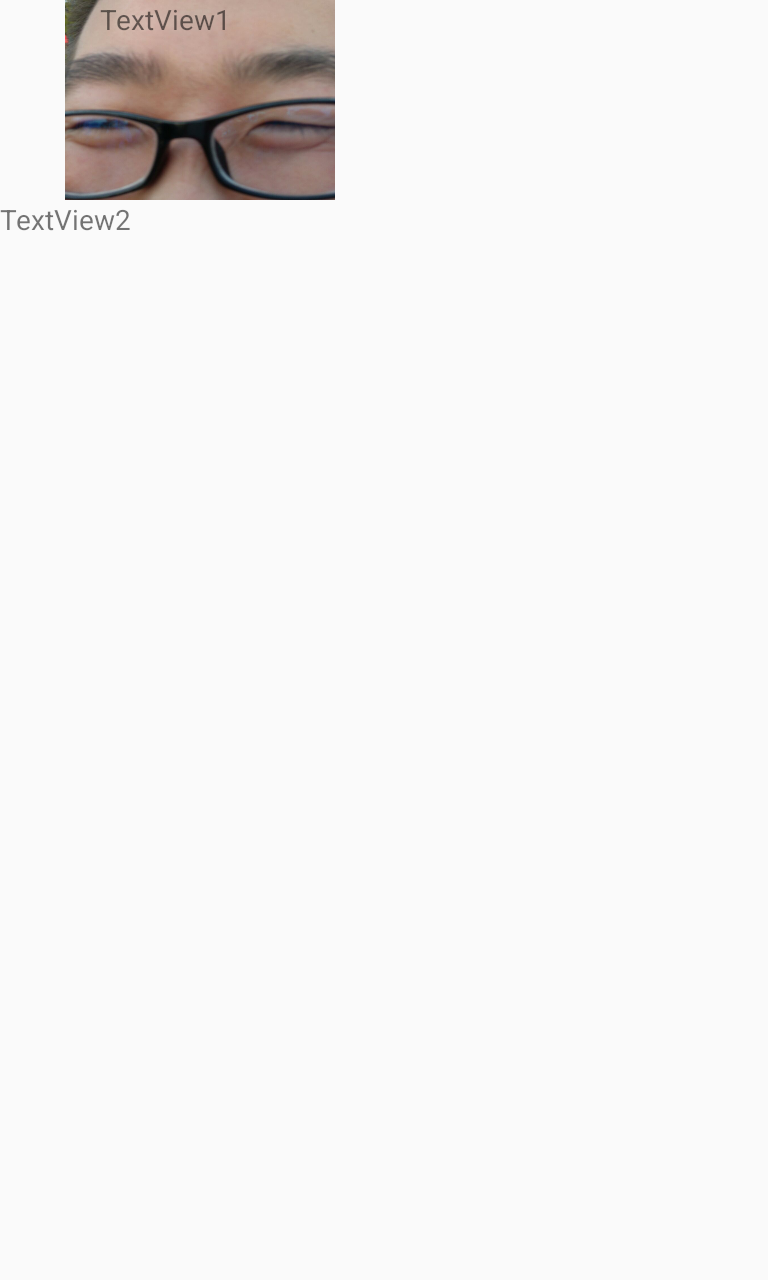
Repository: mjchow/qiuyi
Layout: demo1/res/layout/activity_main.xml
These files come from the project's save history. The layout is drawn as it stood at one moment and after the next save; the edit follows.
It is drawn on a 768 x 1280 px phone screen (xhdpi) without system bars, with theme AppTheme; the app's code is not run.

Above is the layout before, as saved 2014-12-25 15:34:05.

After the next save:
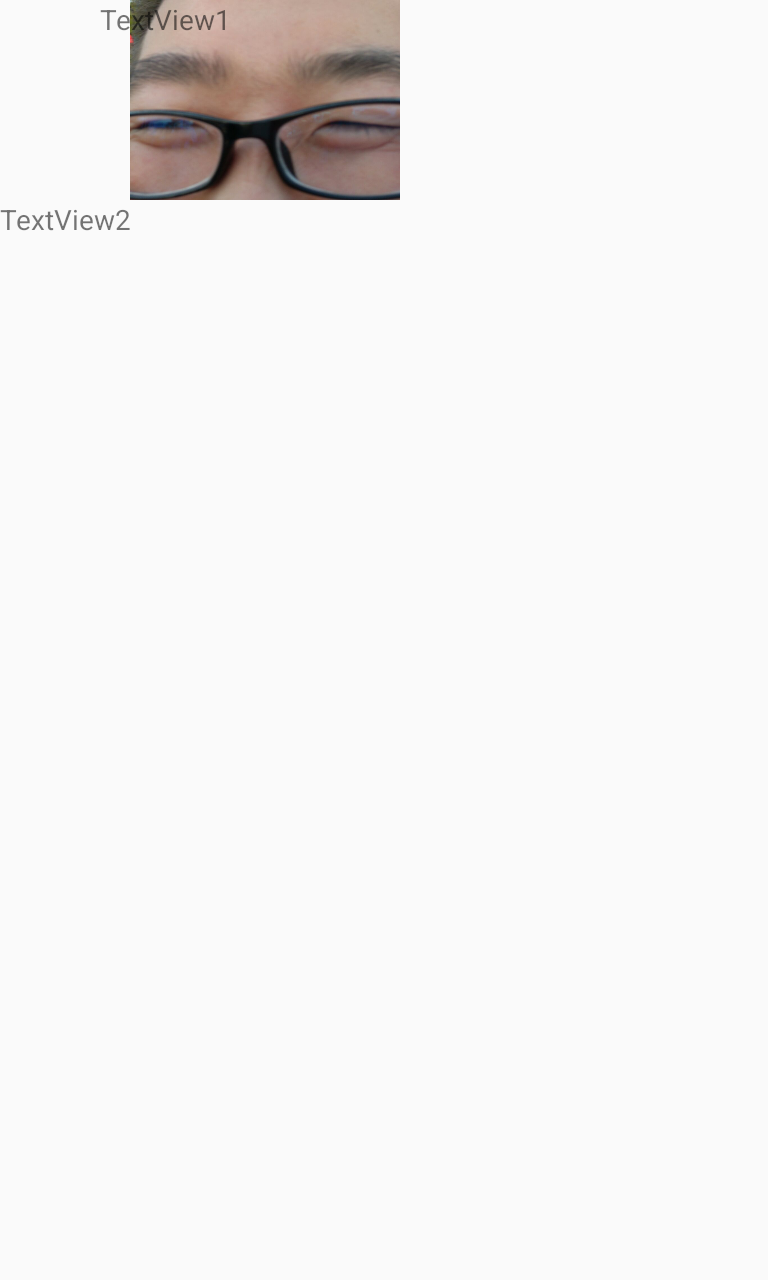
Saved 38 s later.
--- a/demo1/res/layout/activity_main.xml
+++ b/demo1/res/layout/activity_main.xml
@@ -10,7 +10,7 @@
          android:id="@+id/imageview1"
          android:layout_width="200dp"
          android:layout_height="100dp"
-         android:scaleType="fit"
+         android:scaleType="fitEnd"
          android:src="@drawable/ydt1" />
       <TextView
         android:id="@+id/textView1"
